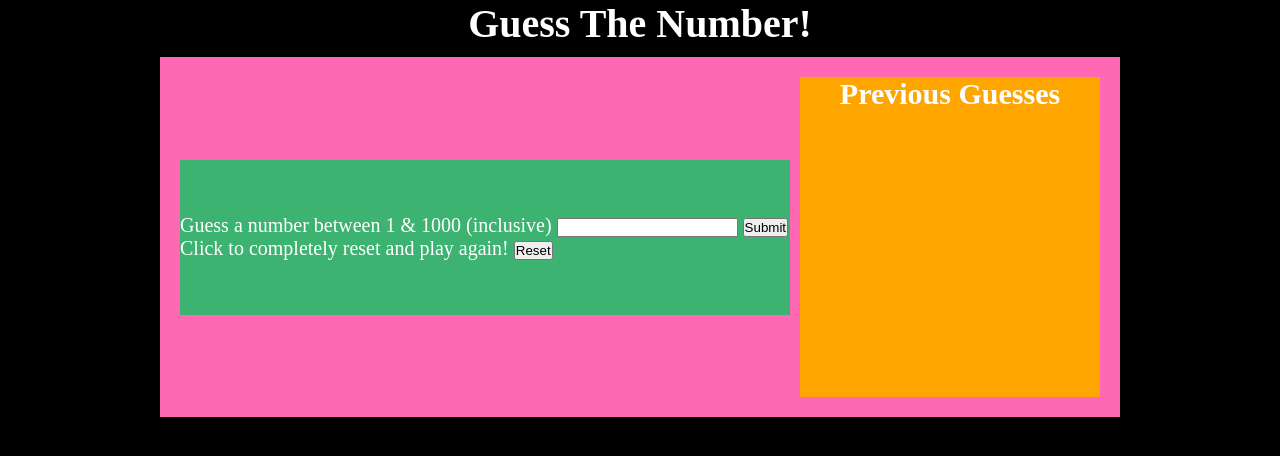
Repository: mlmEFSC21/P14-Guessing-Game
Page: guess.html
The author's editor kept a copy of each file at every save. The page is drawn from the files as they stood at one save, then again after the next save.
The browser window is 1280 px wide. The pictures show the whole page.

Above is the page before, as saved 2022-03-17 14:28:43.

### guess.html
<!DOCTYPE html>
<html lang="en">
    <head>
        <meta charset="UTF-8" />
        <meta http-equiv="X-UA-Compatible" content="IE=edge" />
        <meta name="viewport" content="width=device-width, initial-scale=1.0" />
        <link rel="stylesheet" href="guess.css" />
        <script src="guess.js" defer></script>
        <title>Guessing Game</title>
    </head>
    <body>
        <header>
            <h1 class="pageTitle">Guess The Number!</h1>
        </header>
        <section>
            <div class="gameContainer" id="container">
                <div class="results" id="results">
                    <form action="#">
                        <label for="guessInput">Guess a number between 1 & 1000 (inclusive)</label>
                        <input type="text" name="guessInput" id="guessInput" />
                        <input type="button" id="submitBtn" value="Submit" />
                        <label for="resetBtn">Click to completely reset and play again!</label>
                        <input type="button" id="resetBtn" value="Reset" />
                    </form>
                </div>
                <div class="guessesContainer" id="guessesContainer">
                    <h2>Previous Guesses</h2>
                    <ul class="guesses" id="guessList"></ul>
                </div>
            </div>
        </section>
    </body>
</html>

### guess.css
*,
*::after,
*::before {
    box-sizing: border-box;
    margin: 0;
    padding: 0;
}
body {
    background-color: black;
    color: white;
    font-size: 1.25rem;
}
.pageTitle {
    text-align: center;
}
.gameContainer {
    background-color: hotpink;
    display: grid;
    max-width: 960px;
    height: 50vh;
    margin: 10px auto;
    padding: 20px;
    grid-template-columns: repeat(3, 1fr);
    grid-template-rows: repeat(4, 1fr);
    grid-auto-rows: minmax(200px, auto);
    gap: 10px;
    align-items: start;
    justify-content: center;
}
.results {
    background-color: mediumseagreen;
    display: flex;
    flex-direction: column-reverse;
    gap: 35px;
    grid-column: 1/3;
    grid-row: 2 / 4;
    height: 100%;
    justify-content: center;
    align-items: center;
}
.guessesContainer {
    background-color: orange;
    display: flex;
    flex-direction: column;
    height: 100%;
    grid-row: 1 / 5;
    align-items: center;
}

### guess.js
let randomNumber = Math.floor(Math.random() * 10 + 1);
let guesses = [];

const guessInput = document.getElementById("guessInput");
const resultsDiv = document.getElementById("results");
const submitButton = document.getElementById("submitBtn");
const resetButton = document.getElementById("resetBtn");
const p = document.createElement("p");
const ul = document.getElementById("guessList");
const li = document.createElement("li");
const guessesContainer = document.getElementById("guessesContainer");
const h3 = document.createElement("h3");

//checks to see if the guess is higher, lower, or equal to
function checkGuess() {
    const currentGuess = Number(guessInput.value);
    if (currentGuess == randomNumber) {
        guesses.push(currentGuess);
        p.innerText = "Congratulations! You guessed the number!";
        resultsDiv.append(p);
        countGuesses();
    }
    if (currentGuess < randomNumber) {
        guesses.push(currentGuess);
        p.innerText = "Too low. Try again!";
        resultsDiv.append(p);
        trackGuesses();
    }
    if (currentGuess > randomNumber) {
        guesses.push(currentGuess);
        p.innerText = "Too high. Try again!";
        resultsDiv.append(p);
        trackGuesses();
    }
}
//tracks previous guess in a <ul>. Removes <li> and populates from guesses[] each time.
function trackGuesses() {
    while (ul.hasChildNodes()) {
        ul.removeChild(ul.firstChild);
    }
    for (i = 0; i <= guesses.length - 1; i++) {
        let li = document.createElement("li");
        li.innerText = guesses[i];
        ul.appendChild(li);
    }
}

//counts how many guesses. Uses array length.
function countGuesses() {
    let numOfGuesses = guesses.length;
    h3.innerText = `It took you ${numOfGuesses} guesses!`;
    guessesContainer.append(h3);
}
// creates a new random number for replay
function newRNG() {
    randomNumber = Math.floor(Math.random() * 10 + 1);
}
//resets the game completely.
function resetGame() {
    p.innerText = "";
    resultsDiv.append(p);
    while (ul.hasChildNodes()) {
        ul.removeChild(ul.firstChild);
    }
    guesses = [];
    newRNG();
}

submitButton.addEventListener("click", checkGuess);
resetButton.addEventListener("click", resetGame);
//logging random number for debugging. DELETE LATER
console.log(randomNumber);
console.log(guesses);

After the next save:
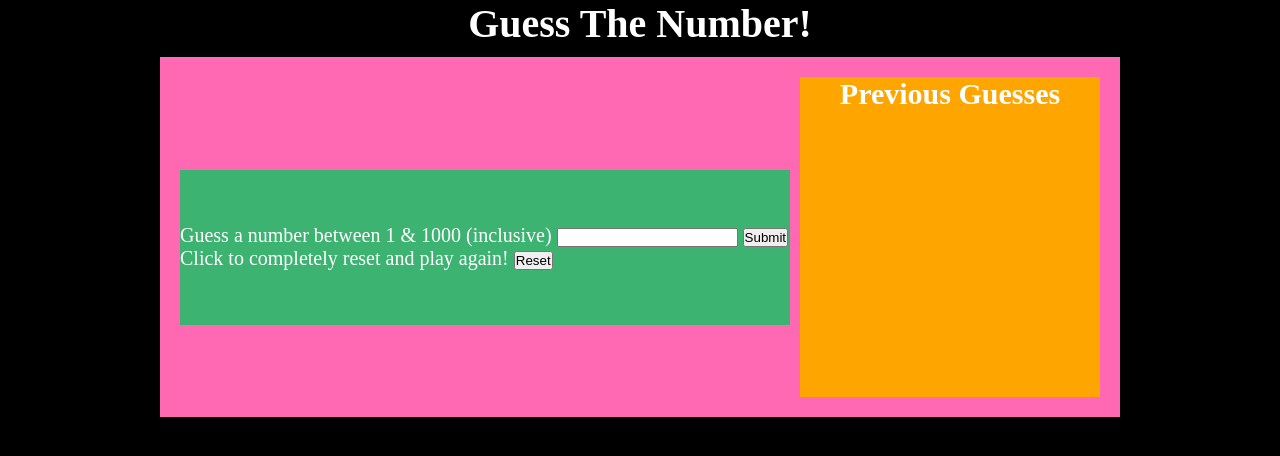
Saved 51 s later.
--- a/guess.css
+++ b/guess.css
@@ -31,7 +31,7 @@ body {
     background-color: mediumseagreen;
     display: flex;
     flex-direction: column-reverse;
-    gap: 35px;
+    margin: 10px auto;
     grid-column: 1/3;
     grid-row: 2 / 4;
     height: 100%;
